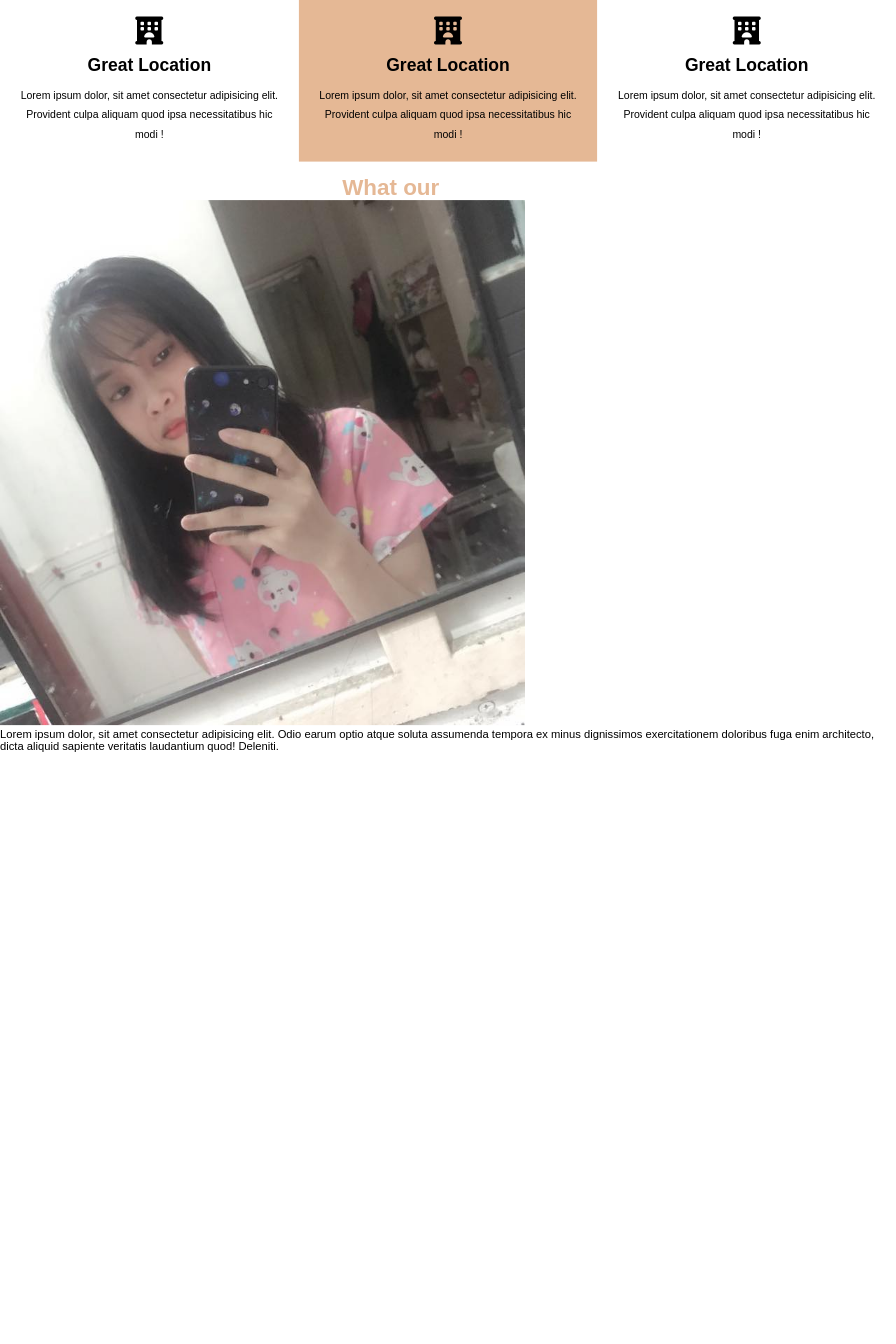
Repository: Ngoc28/HTML-CSS
Page: aleHoltel/index.html
These files come from the project's save history. The page is drawn as it stood at one moment and after the next save; the edit follows.
The browser window is 1280 px wide. The pictures show the part of the page from y = 1057 to 2977 px (the page is 5055 px tall), at 70% of full size.

Above is the page before, as saved 2023-08-06 09:04:52.

### aleHoltel/index.html
<!DOCTYPE html>
<html lang="en">
<head>
    <meta charset="UTF-8">
    <meta name="viewport" content="width=device-width, initial-scale=1.0">
    <title>Ale Hotel</title>
    <link rel="stylesheet" href="./style.css">
    <link rel="stylesheet" href="https://cdnjs.cloudflare.com/ajax/libs/font-awesome/6.4.2/css/all.min.css" integrity="sha512-z3gLpd7yknf1YoNbCzqRKc4qyor8gaKU1qmn+CShxbuBusANI9QpRohGBreCFkKxLhei6S9CQXFEbbKuqLg0DA==" crossorigin="anonymous" referrerpolicy="no-referrer" />
</head>
<body>
    <header>
        <div class="header-logo">
            <h1 class="heading ">Ale<span>Hotel</span></h1>
        </div>
        <nav class="header-nav">
            <ul class="nav-link">
                <li class="nav-item"><a href="">Home</a></li>
                <li class="nav-item"><a href="">About</a></li>
                <li class="nav-item"><a href="">Contact</a></li>
            </ul>
        </nav>
    </header>
    <main>
        <div class="container">
            <div class="about">
                <div class="about-img">
                    <img src="./img/banner1.jpg" alt="About us" height="550px" width="100%">
                </div>
                <div class="about-introduce">
                    <h1 class="about-heading">Enjoy<span>Your Stay</span></h1>
                    <p class="about-text">
                        Lorem ipsum dolor sit amet consectetur adipisicing elit. Blanditiis, autem recusandae ab nam, iste perferendis minima nemo, voluptas tempora voluptatum numquam tenetur. Non ipsam placeat asperiores eaque et magnam exercitationem?
                        Lorem ipsum dolor sit amet consectetur adipisicing elit. Blanditiis, autem recusandae ab nam, iste perferendis minima nemo, voluptas tempora voluptatum numquam tenetur. Non ipsam placeat asperiores eaque et magnam exercitationem?
                    </p>
                    <button class="about-btn">About your hotel</button>
                </div>
            </div>
            <!-- history -->
            <div class="history">
                <div class="history-img">
                    <img src="./img/banner2.jpg" alt="">
                </div>
                <div class="myHistory">
                    <h1 class="myHistory-heading">The History<span>My Hotel</span></h1>
                    <p class="myHistory-text">
                        Lorem ipsum dolor sit amet consectetur adipisicing elit. Blanditiis, autem recusandae ab nam, iste perferendis minima nemo, voluptas tempora voluptatum numquam tenetur. Non ipsam placeat asperiores eaque et magnam exercitationem?
                        Lorem ipsum dolor sit amet consectetur adipisicing elit. Blanditiis, autem recusandae ab nam, iste perferendis minima nemo, voluptas tempora voluptatum numquam tenetur. Non ipsam placeat asperiores eaque et magnam exercitationem?
                    </p>
                    <button class="myHistory-btn">Read more</button>
                </div>
            </div>
            <!-- location -->
            <div class="location">
                <div class="location-item">
                    <div class="location-icon">
                        <i class="fa-solid fa-hotel"></i>
                    </div>
                    <div class="location-heading">
                        <h1 class="location-title">
                            Great Location
                        </h1>
                    </div>
                    <div class="location-text">
                        <p>Lorem ipsum dolor, sit amet consectetur adipisicing elit. Provident culpa aliquam quod ipsa necessitatibus hic modi !</p>
                    </div>
                </div>
                <div class="location-item">
                    <div class="location-icon">
                        <i class="fa-solid fa-hotel"></i>
                    </div>
                    <div class="location-heading">
                        <h1 class="location-title">
                            Great Location
                        </h1>
                    </div>
                    <div class="location-text">
                        <p>Lorem ipsum dolor, sit amet consectetur adipisicing elit. Provident culpa aliquam quod ipsa necessitatibus hic modi !</p>
                    </div>
                </div>
                <div class="location-item">
                    <div class="location-icon">
                        <i class="fa-solid fa-hotel"></i>
                    </div>
                    <div class="location-heading">
                        <h1 class="location-title">
                            Great Location
                        </h1>
                    </div>
                    <div class="location-text">
                        <p>Lorem ipsum dolor, sit amet consectetur adipisicing elit. Provident culpa aliquam quod ipsa necessitatibus hic modi !</p>
                    </div>
                </div>
            </div>
            <!-- comment -->
            <div class="comment">
                <div class="comment-img">
                    <img src="" alt="">
                </div>
                <div class="comment-block">
                    <div class="comment-title">
                        <h1 class="comment-heading">What our<span>Guess Say</span></h1>
                    </div>
                    <div class="comment-user">
                        <img src="./img/user.jpg" alt="user" class="user-img">
                        <div class="user-text">Lorem ipsum dolor, sit amet consectetur adipisicing elit. Odio earum optio atque soluta assumenda tempora ex minus dignissimos exercitationem doloribus fuga enim architecto, dicta aliquid sapiente veritatis laudantium quod! Deleniti.</div>
                    </div>
                </div>
            </div>
        </div>
    </main>
</body>
</html>

### aleHoltel/style.css
*{
    margin: 0;
    padding: 0;
    box-sizing: border-box;
}

:root {
    --main-color: #e5b895;
    --white-color: #fff;
    --main-background:#343436;
    --text-color:#d1cece;
    --hover-color:#bd0a0a;
}

body {
    font-family:Arial, Helvetica, sans-serif;
}

header {
    position: fixed;
    z-index: 100;
    width: 100%;
    display: flex;
    justify-content: space-between;
    align-items: center;
    background-color: var(--main-background);
    height: 55px;
}

.header-logo {

}

.header-logo > .heading {
    padding: 15px 40px;
    font-size: 20px;
    color: var(--main-color);
}

.heading span {
    color: var(--white-color);
    padding-left: 3px;
}

.header-nav {
    display: block;
}

.nav-link {
    display: flex;
}

.nav-item {
    display: block;
}

.nav-item a {
    padding: 0 20px;
    color: var(--white-color);
    text-decoration: none;
    display: block;
    line-height: 55px;
}

.nav-item a:hover {
    background: var(--hover-color);
}

/* Container */
main {
    padding-top: 55px;

}

.container {
    min-height: 5000px;
}

.about {

}

.about-img {
    position: relative;
    top: 0;
    left: 0;
    right: 0;
    background: rgba(0, 0, 0, 0.7);

}

.about-img img {
    display: block;
    opacity: .8;
    /* bottom: 53px; */
    object-fit: cover;
}


.about-introduce {
    position: absolute;
    top: 30%;
    left: 0;
    right: 0;
    bottom: 0;
    margin: 0 auto;
    width: 60%;
    text-align: center;

}

.about-heading {
    color: var(--main-color);
    font-size: 28px;
    font-weight: 600;
}

.about-heading span {
    color: #fff;
    padding-left: 5px;
}

.about-text {
    padding: 20px 0;
    font-size: 15px;
    color: var(--text-color);
    line-height: 20px;
}

.about-btn {
    background: var(--main-background);
    color: var(--text-color);
    padding: 8px;
    font-size: 17px;
    border: none;
    cursor: pointer;
}

.about-btn:hover {
    background-color: var(--hover-color);
    color: var(--white-color);
    transition: ease .4;
}

/* history */

.history {
    display: flex;
    height: 100%;
}

.history-img {
    flex: 1;
}

.history-img img {
    width: 100%;
    height: 450px;
    object-fit: cover;
    display: block;
}

.myHistory {
    flex: 1;
    height: 450px;
    text-align: center;
    padding: 100px 15px 40px 15px;
    background: var(--main-background);
}


.myHistory-heading {
    color: var(--main-color);
}

.myHistory-heading span {
    padding-left: 5px;
    color: var(--white-color);
}

.myHistory-text {
    color: var(--text-color);
    margin-top: 15px;
    font-size: 15px;
    line-height: 20px;
}

.myHistory-btn {
    border: none;
    background-color: var(--white-color);
    color: #000;
    padding: 10px;
    margin-top: 15px;
}

.myHistory-btn:hover {
    background-color: var(--hover-color);
    color: var(--white-color);
}

/* Location */
.location {
    display: flex;
}

.location-item {
    flex: 1;
    text-align: center;
    padding: 25px;
}

.location-item:nth-child(2) {
    background: var(--main-color);
}

.location-icon i {
    font-size: 40px;
    margin-bottom: 15px;
}

.location-heading h1 {
    font-size: 25px;
    font-weight: 600;
    margin-bottom: 15px;
}

.location-text {
    font-size: 15px;
    line-height: 28px;
}

/* Comment */
.comment {

}

.comment-title {
    text-align: center;
}

.comment-title .comment-heading {
    color: var(--main-color);
}

.comment-heading > span {
    color: var(--white-color);
}

After the next save:
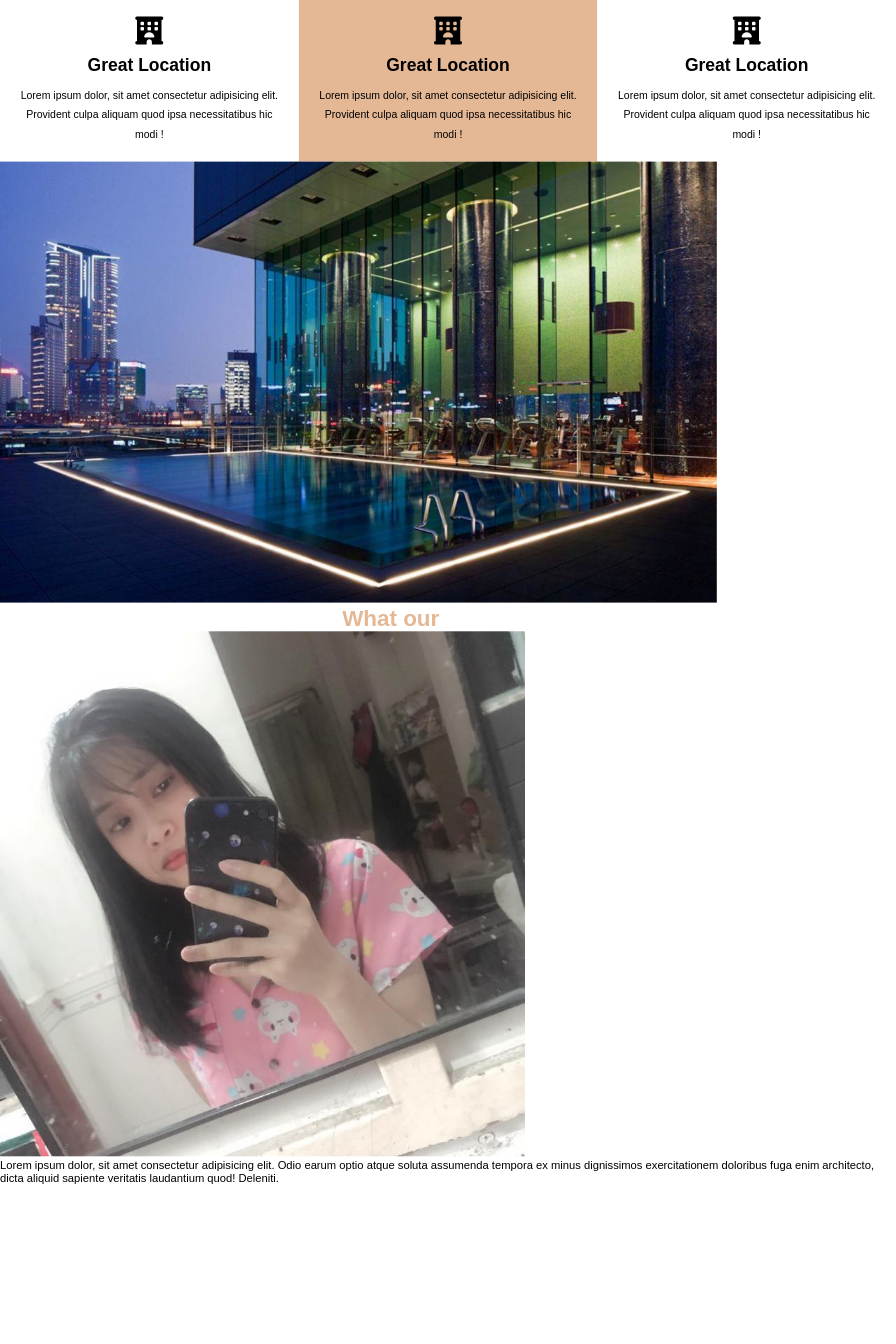
Saved 50 s later.
--- a/aleHoltel/index.html
+++ b/aleHoltel/index.html
@@ -94,7 +94,7 @@
             <!-- comment -->
             <div class="comment">
                 <div class="comment-img">
-                    <img src="" alt="">
+                    <img src="./img/background-img.jpg" alt="">
                 </div>
                 <div class="comment-block">
                     <div class="comment-title">
